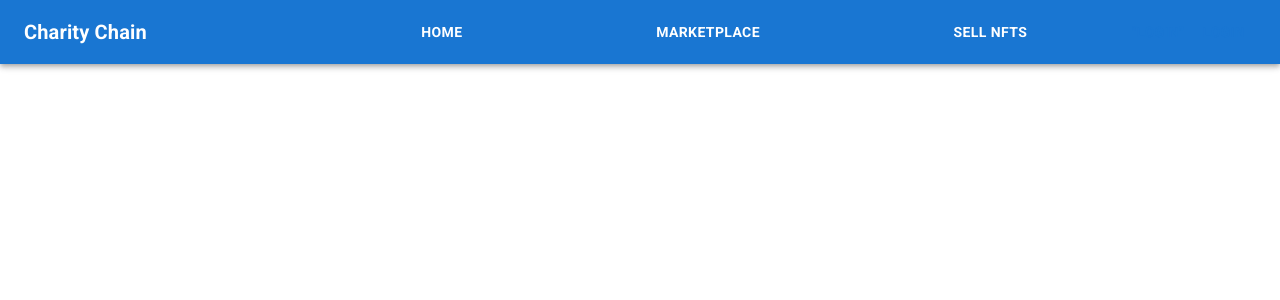
Repository: seanwjcho/charity-chain
Page: /
The author's editor kept a copy of each file at every save. The page is drawn from the files as they stood at one save, then again after the next save.
The browser window is 1280 px wide. The pictures show the whole page.
The project was rebuilt for these pictures with package versions that can differ from the ones it lists, and the page was loaded fresh each time. Also part of the build but not shown: src/App.css, src/components/NFTTile.js, src/components/Profile.js, src/components/NFT.js, src/App.js.

Above is the page before, as saved 2023-05-14 15:33:56.

### public/index.html
<!DOCTYPE html>
<html lang="en">
  <head>
    <meta charset="utf-8" />
    <link rel="icon" href="%PUBLIC_URL%/logo_2.webp" />
    <meta name="viewport" content="width=device-width, initial-scale=1" />
    <meta name="theme-color" content="#000000" />
    <meta
      name="description"
      content="Web site created using create-react-app"
    />
    <link rel="apple-touch-icon" href="%PUBLIC_URL%/logo192.png" />
    <!--
      manifest.json provides metadata used when your web app is installed on a
      user's mobile device or desktop. See https://developers.google.com/web/fundamentals/web-app-manifest/
    -->
    <link rel="preconnect" href="https://fonts.googleapis.com">
    <link rel="preconnect" href="https://fonts.gstatic.com" crossorigin>
    <link href="https://fonts.googleapis.com/css2?family=Open+Sans:wght@500&family=Roboto:wght@700&display=swap" rel="stylesheet">
    <link rel="preconnect" href="https://fonts.googleapis.com">
    <link rel="preconnect" href="https://fonts.gstatic.com" crossorigin>
    <link href="https://fonts.googleapis.com/css2?family=M+PLUS+1p:wght@500&family=Open+Sans:wght@500&family=Roboto:wght@700&display=swap" rel="stylesheet">
    <link rel="manifest" href="%PUBLIC_URL%/manifest.json" />
    <!--
      Notice the use of %PUBLIC_URL% in the tags above.
      It will be replaced with the URL of the `public` folder during the build.
      Only files inside the `public` folder can be referenced from the HTML.

      Unlike "/favicon.ico" or "favicon.ico", "%PUBLIC_URL%/favicon.ico" will
      work correctly both with client-side routing and a non-root public URL.
      Learn how to configure a non-root public URL by running `npm run build`.
    -->
    <title>React App</title>
  </head>
  <body class="">
    <noscript>You need to enable JavaScript to run this app.</noscript>
    <div id="root"></div>
    <!--
      This HTML file is a template.
      If you open it directly in the browser, you will see an empty page.

      You can add webfonts, meta tags, or analytics to this file.
      The build step will place the bundled scripts into the <body> tag.

      To begin the development, run `npm start` or `yarn start`.
      To create a production bundle, use `npm run build` or `yarn build`.
    -->
  </body>
</html>

### src/index.js
import React from 'react';
import ReactDOM from 'react-dom/client';
import './index.css';
import App from './App';
import {
  BrowserRouter,
  Routes,
  Route,
} from "react-router-dom";
import Marketplace from './components/Marketplace';
import Profile from './components/Profile';
import NFT from './components/NFT';

const root = ReactDOM.createRoot(document.getElementById('root'));
root.render(
  <React.StrictMode>
    <BrowserRouter>
      <Routes>
        <Route path="/" element={<Marketplace />}/>
        <Route path="/nft/:tokenId" element={<NFT />}/>
        <Route path="/profile" element={<Profile />}/>
      </Routes>
    </BrowserRouter>
  </React.StrictMode>
);

### src/index.css
@tailwind base;
@tailwind components;
@tailwind utilities;

body {
  margin: 0;
  /*font-family: -apple-system, BlinkMacSystemFont, 'Segoe UI', 'Roboto', 'Oxygen',
    'Ubuntu', 'Cantarell', 'Fira Sans', 'Droid Sans', 'Helvetica Neue',
    sans-serif;*/
  font-family: 'Open Sans',sans-serif;
  /*font-family: 'M PLUS 1p', sans-serif;*/
  -webkit-font-smoothing: antialiased;
  -moz-osx-font-smoothing: grayscale;
  /*background-image: url('./bg.png');*/
  background-size: 200% 180%;
  animation-duration: 3s;
  animation-timing-function: linear;
  animation-delay: 0s;
  animation-iteration-count: infinite;
  animation-direction: normal;
  animation-fill-mode: none;
  animation-play-state: running;
  animation-name: gradientTransform;
  background-repeat: no-repeat;
}

code {
  font-family: source-code-pro, Menlo, Monaco, Consolas, 'Courier New',
    monospace;
}

### src/components/Marketplace.js
import Navbar from "./Navbar";
import NFTTile from "./NFTTile";
import CCMarketplaceJSON from "../CCMarketplace.json";
import { useState } from "react";
//import { GetIpfsUrlFromPinata } from "../utils";

export default function Marketplace() {

//const [dataFetched, updateFetched] = useState(false);


const sampleData = [
    {
        "name": "NFT#1",
        "description": "Alchemy's First NFT",
        "website":"http://axieinfinity.io",
        "image":"https://gateway.pinata.cloud/ipfs/QmTsRJX7r5gyubjkdmzFrKQhHv74p5wT9LdeF1m3RTqrE5",
        "price":"0.03ETH",
        "currentlySelling":"True",
        "address":"0xe81Bf5A757CB4f7F82a2F23b1e59bE45c33c5b13",
    },
    {
        "name": "NFT#2",
        "description": "Alchemy's Second NFT",
        "website":"http://axieinfinity.io",
        "image":"https://gateway.pinata.cloud/ipfs/QmdhoL9K8my2vi3fej97foiqGmJ389SMs55oC5EdkrxF2M",
        "price":"0.03ETH",
        "currentlySelling":"True",
        "address":"0xe81Bf5A757C4f7F82a2F23b1e59bE45c33c5b13",
    },
    {
        "name": "NFT#3",
        "description": "Alchemy's Third NFT",
        "website":"http://axieinfinity.io",
        "image":"https://gateway.pinata.cloud/ipfs/QmTsRJX7r5gyubjkdmzFrKQhHv74p5wT9LdeF1m3RTqrE5",
        "price":"0.03ETH",
        "currentlySelling":"True",
        "address":"0xe81Bf5A757C4f7F82a2F23b1e59bE45c33c5b13",
    },
];

const [data, updateData] = useState(sampleData);



async function getAllNFTs() {
    const ethers = require("ethers");
    //After adding your Hardhat network to your metamask, this code will get providers and signers
    const provider = new ethers.providers.Web3Provider(window.ethereum);
    const signer = provider.getSigner();
    //Pull the deployed contract instance
    let contract = new ethers.Contract(CCMarketplaceJSON.address, CCMarketplaceJSON.abi, signer)
    //create an NFT Token
    let transaction = await contract.getAllNFTs()

    //Fetch all the details of every NFT from the contract and display
    const items = await Promise.all(transaction.map(async i => {
        var tokenURI = await contract.tokenURI(i.tokenId);
        //tokenURI = GetIpfsUrlFromPinata(tokenURI);
        tokenURI = 0;
        //let meta = await axios.get(tokenURI);
        //meta = meta.data;

        let price = ethers.utils.formatUnits(i.price.toString(), 'ether');
        let item = {
            price,
            tokenId: i.tokenId.toNumber(),
            charity: i.charityId,
            owner: i.owner,
            //image: meta.image,
            //name: meta.name,
            //description: meta.description,
        }
        return item;
    }))

    updateFetched(true);
    updateData(items);
}

//if(!dataFetched)
    //getAllNFTs();


return (
    <div>
        <Navbar></Navbar>
        <div className="flex flex-col place-items-center mt-20">
            <div className="md:text-xl font-bold text-white">
                Nft's For Sale
            </div>
            <div className="flex mt-5 justify-between flex-wrap max-w-screen-xl text-center">
                {data.map((value, index) => {
                    <div data={value} key={index}>{value.name}</div>;
                })}
            </div>
        </div>
    </div>
);

}

### src/components/Navbar.js

import {
  BrowserRouter as Router,
  Switch,
  Route,
  Link,
  useRouteMatch,
  useParams
} from "react-router-dom";
import { useEffect, useState } from 'react';
import { useLocation } from 'react-router';
import {ethers} from "ethers";
import * as React from 'react';
import AppBar from '@mui/material/AppBar';
import Box from '@mui/material/Box';
import Toolbar from '@mui/material/Toolbar';
import IconButton from '@mui/material/IconButton';
import Typography from '@mui/material/Typography';
import Menu from '@mui/material/Menu';
import MenuIcon from '@mui/icons-material/Menu';
import Container from '@mui/material/Container';
import Avatar from '@mui/material/Avatar';
import Button from '@mui/material/Button';
import Tooltip from '@mui/material/Tooltip';
import MenuItem from '@mui/material/MenuItem';
import AdbIcon from '@mui/icons-material/Adb';




const connectToMetamask = async () => {
  console.log("clicked");
  if (window.ethereum) {
    try {
      await window.ethereum.enable();
    } catch (error) {
      console.log(error);
    }
  }
  const provider = new ethers.providers.Web3Provider(window.ethereum);
  const accounts = await provider.send("eth_requestAccounts", []);
  const signer = provider.getSigner();
  console.log("got signer");
  const address = await signer.getAddress();
  updateAddress(address);
  toggleConnect(true);
  console.log("connected")
}


function Navbar() {

  const [connected, toggleConnect] = useState(false);
  const [currAddress, updateAddress] = useState('0x');

    return (
      <Box sx={{ flexGrow: 1 }}>
      <AppBar position="static">
        <Toolbar>

          <Typography variant="h6" component="div" sx={{ flexGrow: 1 }}>
            Charity Chain
          </Typography>

          <Button color="inherit" href = "/Home" sx={{ flexGrow: 1 }} >Home</Button>
          <Button color="inherit" href = "/" sx={{ flexGrow: 1 }} >Marketplace</Button>
          <Button color="inherit" href = "/sellNFT" sx={{ flexGrow: 1 }}>Sell NFTs</Button>

          {connected ?
                <Box>
                <Button color="inherit" href = "/Profile">My NFTs</Button>
                <Typography variant="h5" component="div" sx={{ flexGrow: 1 }}>
                  Connected: {currAddress}
                </Typography>
                </Box>
                :
                <Button onClick = {() => connectToMetamask()}>"Login" </Button>
          }
           <Button onClick = {() => connectToMetamask()}> Login </Button>


        </Toolbar>
      </AppBar>
    </Box>

    );
  }

  export default Navbar;

### src/CCMarketplace.json
{"address":"0xe7f1725E7734CE288F8367e1Bb143E90bb3F0512","abi":[{"type":"constructor","payable":false,"inputs":[]},{"type":"event","anonymous":false,"name":"TokenListedSuccess","inputs":[{"type":"uint256","name":"tokenId","indexed":true},{"type":"address","name":"token","indexed":false},{"type":"address","name":"owner","indexed":false},{"type":"uint256","name":"charityId","indexed":false},{"type":"address","name":"artist","indexed":false},{"type":"uint256","name":"price","indexed":false},{"type":"bool","name":"currentlyListed","indexed":false}]},{"type":"function","name":"addCharity","constant":false,"payable":false,"inputs":[{"type":"address","name":"_charityAddress"},{"type":"string","name":"_charityName"}],"outputs":[]},{"type":"function","name":"createListedToken","constant":false,"payable":false,"inputs":[{"type":"address","name":"token"},{"type":"uint256","name":"tokenId"},{"type":"uint256","name":"charityId"},{"type":"uint256","name":"price"}],"outputs":[]},{"type":"function","name":"currentcharityId","constant":true,"stateMutability":"view","payable":false,"inputs":[],"outputs":[{"type":"uint256"}]},{"type":"function","name":"executeSale","constant":false,"stateMutability":"payable","payable":true,"inputs":[{"type":"uint256","name":"tokenId"}],"outputs":[]},{"type":"function","name":"getAllNFTs","constant":true,"stateMutability":"view","payable":false,"inputs":[],"outputs":[{"type":"tuple[]","components":[{"type":"uint256","name":"tokenId"},{"type":"address","name":"token"},{"type":"address","name":"owner"},{"type":"uint256","name":"charityId"},{"type":"address","name":"artist"},{"type":"uint256","name":"price"},{"type":"bool","name":"currentlyListed"}]}]},{"type":"function","name":"getCurrentToken","constant":true,"stateMutability":"view","payable":false,"inputs":[],"outputs":[{"type":"uint256"}]},{"type":"function","name":"getLatestIdToListedToken","constant":true,"stateMutability":"view","payable":false,"inputs":[],"outputs":[{"type":"tuple","components":[{"type":"uint256","name":"tokenId"},{"type":"address","name":"token"},{"type":"address","name":"owner"},{"type":"uint256","name":"charityId"},{"type":"address","name":"artist"},{"type":"uint256","name":"price"},{"type":"bool","name":"currentlyListed"}]}]},{"type":"function","name":"getListedTokenForId","constant":true,"stateMutability":"view","payable":false,"inputs":[{"type":"uint256","name":"tokenId"}],"outputs":[{"type":"tuple","components":[{"type":"uint256","name":"tokenId"},{"type":"address","name":"token"},{"type":"address","name":"owner"},{"type":"uint256","name":"charityId"},{"type":"address","name":"artist"},{"type":"uint256","name":"price"},{"type":"bool","name":"currentlyListed"}]}]},{"type":"function","name":"getMyNFTs","constant":true,"stateMutability":"view","payable":false,"inputs":[],"outputs":[{"type":"tuple[]","components":[{"type":"uint256","name":"tokenId"},{"type":"address","name":"token"},{"type":"address","name":"owner"},{"type":"uint256","name":"charityId"},{"type":"address","name":"artist"},{"type":"uint256","name":"price"},{"type":"bool","name":"currentlyListed"}]}]}]}

Loaded but not shown: tailwind.config.js (common file)

After the next save:
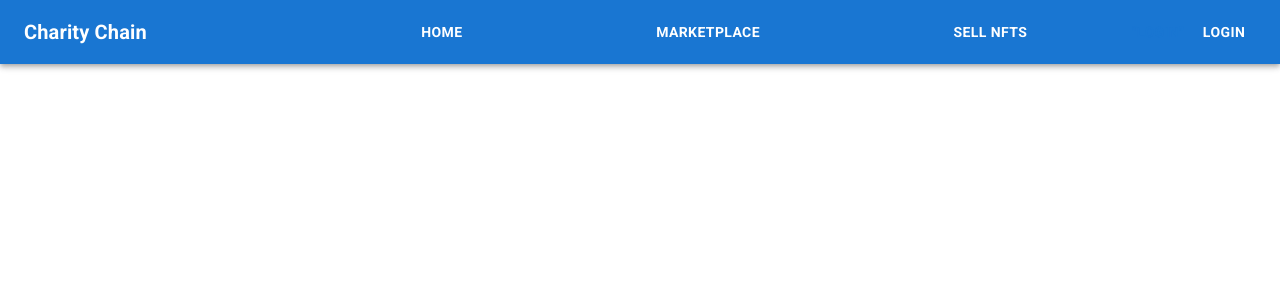
Saved 13 s later.
--- a/src/components/Navbar.js
+++ b/src/components/Navbar.js
@@ -76,7 +76,7 @@ function Navbar() {
                 :
                 <Button onClick = {() => connectToMetamask()}>"Login" </Button>
           }
-           <Button onClick = {() => connectToMetamask()}> Login </Button>
+           <Button color="inherit" onClick = {() => connectToMetamask()}> Login </Button>
 
 
         </Toolbar>
